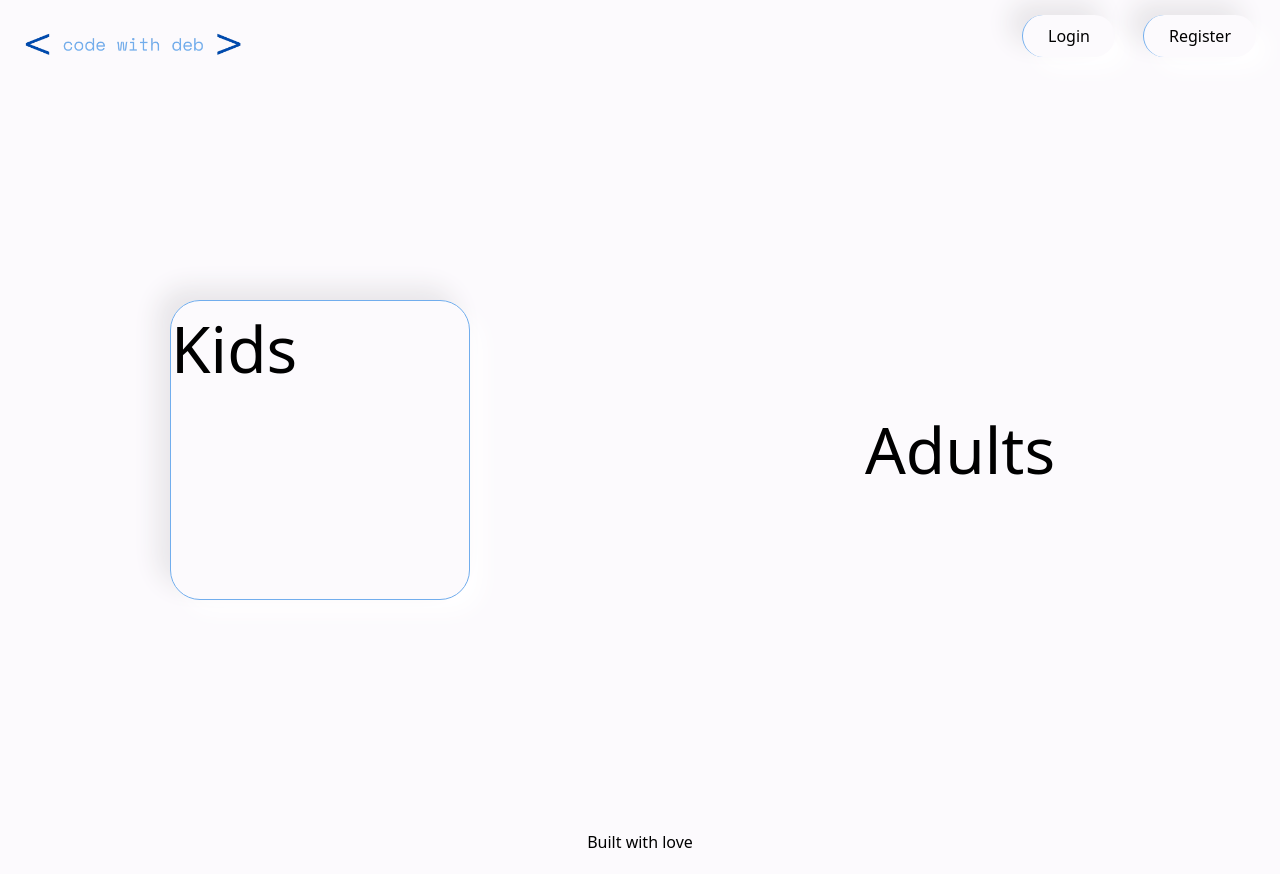
Repository: latenightsnacc/codewithdeb
Page: index.html
These files come from the project's save history. The page is drawn as it stood at one moment and after the next save; the edit follows.
The browser window is 1280 px wide. The pictures show the whole page.
The style sheet was rebuilt from its Sass, Less or Tailwind sources for each picture, by a compiler version that may differ from the author's.

Above is the page before, as saved 2020-11-25 16:53:11.

After the next save:
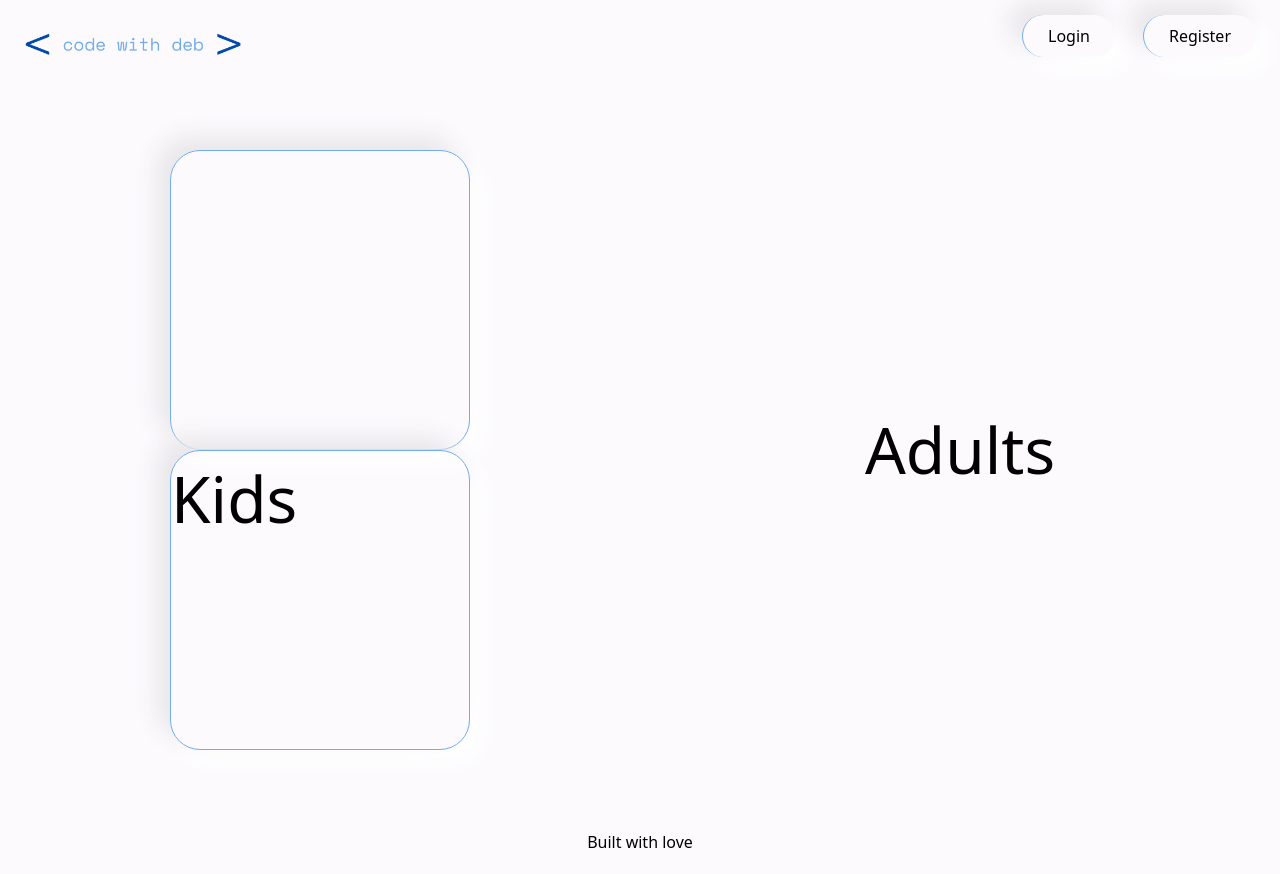
Saved 12 s later.
--- a/index.html
+++ b/index.html
@@ -37,7 +37,7 @@
             <div class="flex flex-row w-screen">
                 <div class="w-1/2 h-screen flex items-center justify-center">
                     <div class="box">
-                        <div class="shadow"></div>
+                        <div class="door shadow"></div>
                         <div class="door">
                             <h1 class="text-6xl">Kids</h1>
                         </div>

After the save that followed:
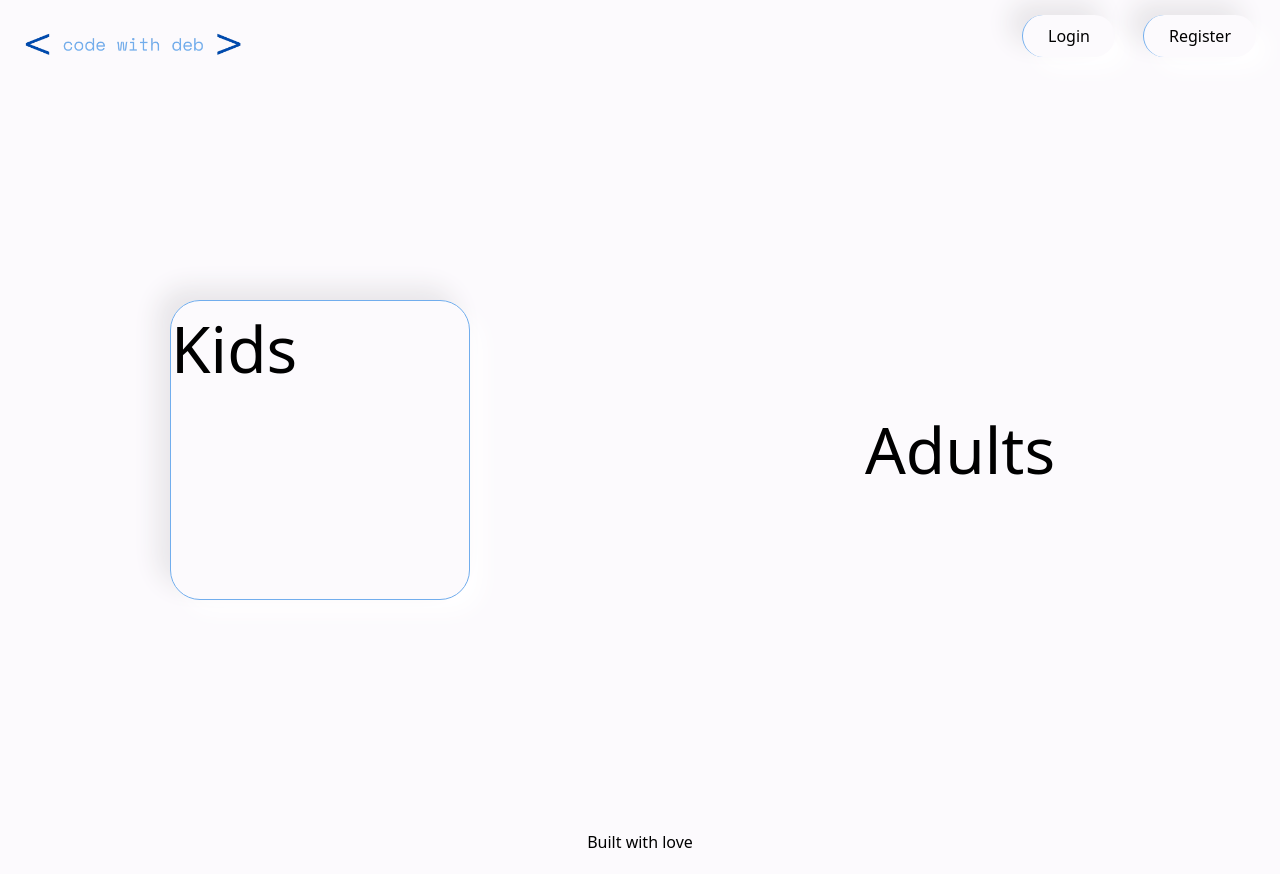
Saved 24 s later.
--- a/index.html
+++ b/index.html
@@ -37,7 +37,7 @@
             <div class="flex flex-row w-screen">
                 <div class="w-1/2 h-screen flex items-center justify-center">
                     <div class="box">
-                        <div class="door shadow"></div>
+                        <div class="door-shadow"></div>
                         <div class="door">
                             <h1 class="text-6xl">Kids</h1>
                         </div>
